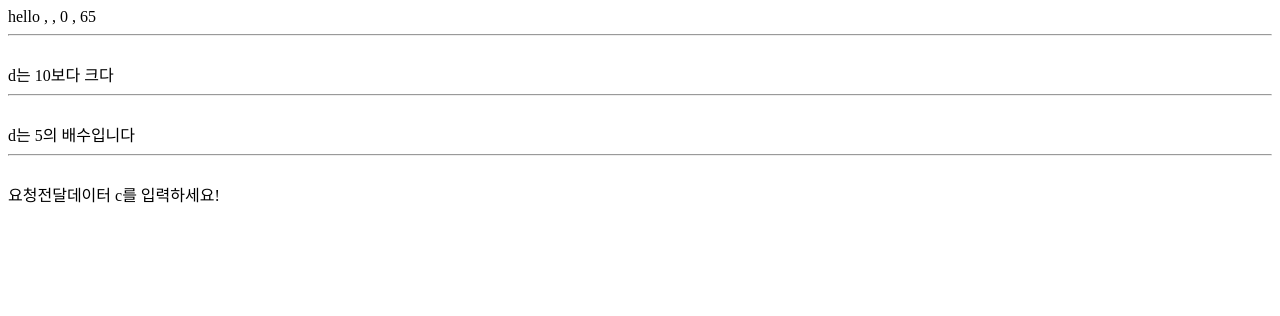
Repository: phoresis92/KITRI_JSP
Page: http://localhost/eljstl2/jstl.jsp
The author's editor kept a copy of each file at every save. The page is drawn from the files as they stood at one save, then again after the next save.
The browser window is 1280 px wide. The pictures show the whole page.
The page is served by Tomcat 9. Other server files are loaded and not shown.

Above is the page before, as saved 2018-12-20 06:38:51.

### JSP_workspace/eljstl2/WebContent/jstl.jsp
<%@ page language="java" contentType="text/html; charset=UTF-8"
	pageEncoding="UTF-8"%>
<%@ taglib prefix="c" uri="http://java.sun.com/jsp/jstl/core"%>
<!DOCTYPE html>
<html>
<head>
<meta charset="UTF-8">
<title>Insert title here</title>
</head>
<body>
	<c:set var="a" value="hello"/>
	<c:set var="b" value="${param.test}"/>
	<c:set var="c" value="${param.a+param.b}"/>
	<c:set var="d" value="${ c+10 }"/>
	<c:set var="d" value="${ d+55 }"/>

	${ a } , ${ b } , ${ c } , ${ d }
	<hr><br>
	<c:if test="${ d>10 }">
		d는 10보다 크다
	</c:if>
	<hr><br>
	<c:choose>
		<c:when test="${ d%2 == 0 }">d는 짝수입니다</c:when>
		<c:when test="${ d%5 == 0 }">d는 5의 배수입니다</c:when>
		<c:otherwise>d는 짝수가 아니고, 5의 배수도 아닙니다</c:otherwise>
	</c:choose>

	<hr><br>
	<!-- null이거나 ""인 경우 -->
	<c:if test="${empty param.c}">
		요청전달데이터 c를 입력하세요!
	</c:if>

</body>
</html>

After the next save:
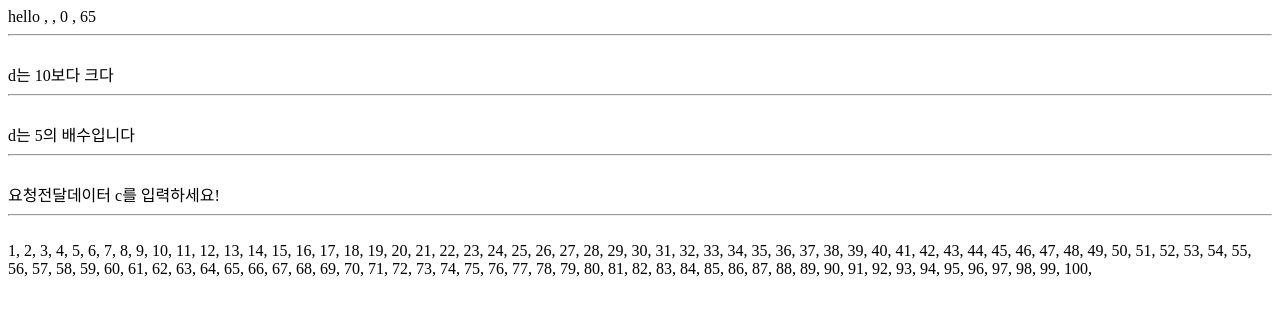
Saved 77 s later.
--- a/JSP_workspace/eljstl2/WebContent/jstl.jsp
+++ b/JSP_workspace/eljstl2/WebContent/jstl.jsp
@@ -31,6 +31,10 @@
 	<c:if test="${empty param.c}">
 		요청전달데이터 c를 입력하세요!
 	</c:if>
+	<hr><br>
+	<c:forEach begin="1" end="100" step="1" var="i">
+		${ i },
+	</c:forEach>
 
 </body>
 </html>
